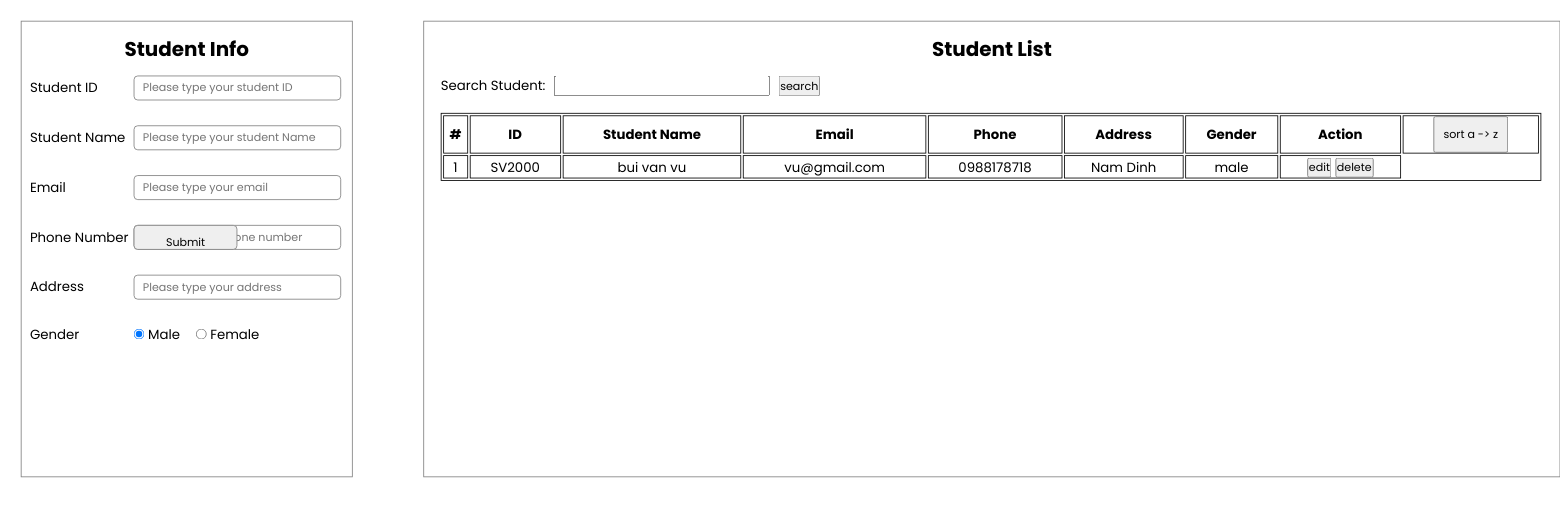
Repository: sSoRaK/ex-session15-dom-event
Page: ex-dom-event/student-management.html
An editor plug-in stored every save of this project. The page is shown before and after the next save, followed by the edit.
The browser window is 1280 px wide. The page is 1880 px wide, so the pictures cover 1880 px, including what lies to the right of the window. The pictures show the whole page, at 83% of full size.

Above is the page before, as saved 2023-06-24 20:26:12.

### ex-dom-event/student-management.html
<!DOCTYPE html>
<html lang="en">
  <head>
    <meta charset="UTF-8" />
    <meta name="viewport" content="width=device-width, initial-scale=1.0" />
    <title>Student Management</title>
    <link rel="preconnect" href="https://fonts.googleapis.com" />
    <link rel="preconnect" href="https://fonts.gstatic.com" crossorigin />
    <link
      href="https://fonts.googleapis.com/css2?family=Poppins:ital,wght@0,100;0,200;0,300;0,400;0,500;0,600;0,700;0,800;0,900;1,100;1,200;1,300;1,400;1,500;1,600;1,700;1,800;1,900&display=swap"
      rel="stylesheet"
    />
    <link rel="stylesheet" href="./style/style.css" />
  </head>
  <body>
    <div class="left-side">
      <h2>Student Info</h2>
      <form action="#" class="form-student">
        <label for="student-id" id="label-id">Student ID</label>
        <input
          type="text"
          name="student-name"
          id="student-id"
          placeholder="Please type your student ID"
        />
        <div class="error error-row1"></div>
        <label for="student-name" id="label-name">Student Name</label>
        <input
          type="text"
          name="student-name"
          id="student-name"
          placeholder="Please type your student Name"
        />
        <div class="error error-row2"></div>
        <label for="student-email" id="label-email">Email</label>
        <input
          type="email"
          name="student-email"
          id="student-email"
          placeholder="Please type your email"
        />
        <div class="error error-row3"></div>
        <label for="student-phone_number" id="label-phone_number"
          >Phone Number</label
        >
        <input
          type="number"
          name="student-phone_number"
          id="student-phone_number"
          placeholder="Please type a phone number"
        />
        <div class="error error-row4"></div>
        <label for="student-address" id="label-address">Address</label>
        <input
          type="text"
          name="student-address"
          id="student-address"
          placeholder="Please type your address"
        />
        <div class="error error-row5"></div>
        <span class="gender">Gender</span>
        <div class="gender-wrapper">
          <input type="radio" name="gender" id="male" checked />
          <label for="male">Male</label>
          <input type="radio" name="gender" id="female" />
          <label for="female">Female</label>
        </div>
        <input type="submit" value="Submit" class="btn-submit" />
      </form>
    </div>
    <div class="right-side">
      <h2>Student List</h2>
      <form action="#" class="searching-bar">
        <span>Search Student:</span>
        <input
          type="text"
          name="search-student_name"
          id="search-student_name"
        />
        <button class="btn-search">search</button>
      </form>
      <table class="table-student">
        <thead>
          <tr>
            <th>#</th>
            <th>ID</th>
            <th>Student Name</th>
            <th>Email</th>
            <th>Phone</th>
            <th>Address</th>
            <th>Gender</th>
            <th>Action</th>
            <th>
              <button class="btn-sort">sort a -> z</button>
            </th>
          </tr>
        </thead>
        <tbody id="student-info"></tbody>
      </table>
    </div>
    <script src="./app/app.js"></script>
  </body>
</html>

### ex-dom-event/style/style.css
* {
  padding: 0;
  margin: 0;
  box-sizing: border-box;
  font-family: "Poppins", sans-serif;
}
body {
  display: grid;
  grid-template-columns: repeat(4, 400px);
  grid-template-rows: repeat(1, 550px);
  gap: 85px;
  margin: 25px;
}
/* left side student info */
.left-side {
  border: 1px solid gray;
  grid-column: 1/2;
}
.left-side h2,
.right-side h2 {
  text-align: center;
  margin: 15px 0;
}
.form-student {
  margin: 0 10px;
  display: grid;
  grid-template-columns: repeat(3, 125px);
  grid-template-rows: repeat(13, 30px);
  /* row-gap: 30px; */
}
.form-student input {
  border: 0.5px solid gray;
  border-radius: 5px;
}
#label-id {
  grid-column: 1/2;
  grid-row: 1/2;
  line-height: 30px;
}
#student-id {
  grid-column: 2/4;
  grid-row: 1/2;
  padding-left: 10px;
}
.error-row1{
  grid-column: 2/4;
  grid-row: 2/3;
}
#label-name {
  grid-column: 1/2;
  grid-row: 3/4;
  line-height: 30px;
}
#student-name {
  grid-column: 2/4;
  grid-row: 3/4;
  padding-left: 10px;
}
.error-row2{
  grid-column: 2/4;
  grid-row: 4/5;
}
#label-email {
  grid-column: 1/2;
  grid-row: 5/6;
  line-height: 30px;
}
#student-email {
  grid-column: 2/4;
  grid-row: 5/6;
  padding-left: 10px;
}
.error-row3{
  grid-column: 2/4;
  grid-row: 6/7;
}
#label-phone_number {
  grid-column: 1/2;
  grid-row: 7/8;
  line-height: 30px;
}
input::-webkit-outer-spin-button,
input::-webkit-inner-spin-button {
  -webkit-appearance: none;
  margin: 0;
}
#student-phone_number {
  grid-column: 2/4;
  grid-row: 7/8;
  padding-left: 10px;
}
.error-row4{
  grid-column: 2/4;
  grid-row: 8/9;
}
#label-address {
  grid-column: 1/2;
  grid-row: 9/10;
  line-height: 30px;
}
#student-address {
  grid-column: 2/4;
  grid-row: 9/10;
  padding-left: 10px;
}
.error-row5{
  grid-column: 2/4;
  grid-row: 10/11;
}
.gender {
  grid-column: 1/2;
  grid-row: 11/12;
}
.gender-wrapper {
  grid-column: 2/4;
  grid-row: 11/12;
}
.gender-wrapper label[for="male"] {
  margin-right: 15px;
}
.btn-submit {
  grid-column: 2/3;
  grid-row: 7/8;
  padding: 10px 0;
}

/* right side student list */
.right-side {
  border: 1px solid gray;
  grid-column: 2/5;
}
.right-side .searching-bar {
  margin-left: 20px;
  display: flex;
  gap: 10px;
}
.table-student,
th,
tr,
td {
  border: 1px solid;
  /* border-collapse: collapse; */
  margin: 20px;
  width: calc(100% - 42px);
}
.btn-sort {
  padding: 10px;
}

#student-info tr td {
  text-align: center;
}
.error {
  visibility: hidden;
}
.error-row1 {
  grid-row: 2;
}
.display-error {
  color: red;
  visibility: visible;
}
.btn-edit,
.btn-delete,
.btn-submit,
.btn-sort,
.btn-search {
  cursor: pointer;
}

### ex-dom-event/app/app.js
// tạo 1 mảng rỗng 2 chiều với phần tử là 1 mảng chứa các thông tin tương ứng của mỗi sinh viên
let studentList = [
  ["SV2000", "bui van vu", "vu@gmail.com", "0988178718", "Nam Dinh", "male"],
];
let action = "create";
// Lấy dữ liệu từ form -> table: Read
function renderData() {
  // truy cập đến tbody
  let tbody = document.getElementById("student-info");
  // đặt giá trị ban đầu tbody = "", để tránh dữ liệu cũ còn tồn tại
  tbody.innerHTML = "";
  for (let i = 0; i < studentList.length; i++) {
    // truyền vào tbody dưới dạng String Template
    tbody.innerHTML += `<tr>
                          <td>${i + 1}</td>
                          <td>${studentList[i][0]}</td>
                          <td>${studentList[i][1]}</td>
                          <td>${studentList[i][2]}</td>
                          <td>${studentList[i][3]}</td>
                          <td>${studentList[i][4]}</td>
                          <td>${studentList[i][5]}</td>
                          <td>
                              <button onclick="editData('${
                                studentList[i][0]
                              }')" class="btn-edit">edit</button>
                              <button onclick="deleteData('${
                                studentList[i][1]
                              }')" class="btn-delete">delete</button>
                          </td>
                    </tr>`;
  }
}
// Khi trình duyệt load thì sẽ load dữ liệu student và hiển thị trên table
document.onload = renderData();

// query element (create gol)
const studentId = document.querySelector("#student-id");
const studentName = document.querySelector("#student-name");
const studentEmail = document.querySelector("#student-email");
const studentPhoneNumber = document.querySelector("#student-phone_number");
const studentAddress = document.querySelector("#student-address");
const studentGender = document.querySelector("input[name='gender']:checked");

const errorElement = document.querySelectorAll(".error");

const btnSubmit = document.querySelector(".btn-submit");

// Validate: xác thực khi thêm create hoặc update
// function check validate each <input>
function validateForm() {
  // Lấy dữ liệu từ Form và Thực hiện validate từng input, nếu thỏa -> true, không thỏa -> báo lỗi (false)
  let idValidate = false;
  let nameValidate = false;
  let emailValidate = false;
  let phoneValidate = false;
  let addressValidate = false;
  let emailPattern = /^\w+([\.-]?\w+)*@\w+([\.-]?\w+)*(\.\w{2,3})+$/; // regex pattern: mẫu quy định
  let phonePattern = /(84|0[3|5|7|8|9])+([0-9]{8})\b/g;
  // check validate studentId
  if (studentId.value.length == 0) {
    errorElement[0].textContent = "* Please type your ID";
    errorElement[0].classList.add("display-error");
  } else if (studentId.value.length < 6 || studentId.value.length > 20) {
    errorElement[0].textContent = "* Your ID must be 6 - 20 characters";
    errorElement[0].classList.add("display-error");
  } else {
    errorElement[0].classList.remove("display-error");
    idValidate = true;
  }

  // check validate studentName
  if (studentName.value == "") {
    errorElement[1].textContent = "* Please type your name";
    errorElement[1].classList.add("display-error");
  } else {
    errorElement[1].classList.remove("display-error");
    nameValidate = true;
  }

  // check validate studentEmail
  if (studentEmail.value.length == "") {
    errorElement[2].textContent = "* Please type your email";
    errorElement[2].classList.add("display-error");
  } else if (!studentEmail.value.match(emailPattern)) {
    errorElement[2].textContent = "* You have entered email invalid";
    errorElement[2].classList.add("display-error");
  } else {
    errorElement[2].classList.remove("display-error");
    emailValidate = true;
  }

  // check validate studentPhoneNumber
  if (studentPhoneNumber.value.length == "") {
    errorElement[3].textContent = "* Please type your phone number";
    errorElement[3].classList.add("display-error");
  } else if (!studentPhoneNumber.value.match(phonePattern)) {
    errorElement[3].textContent = "* You have entered phone number invalid";
    errorElement[3].classList.add("display-error");
  } else {
    errorElement[3].classList.remove("display-error");
    phoneValidate = true;
  }

  // check validate studentAddress
  if (studentAddress.value.length == "") {
    errorElement[4].textContent = "* Please type your address";
    errorElement[4].classList.add("display-error");
  } else {
    errorElement[4].classList.remove("display-error");
    addressValidate = true;
  }

  // check validate each input as True or False
  if (
    idValidate &&
    nameValidate &&
    emailValidate &&
    phoneValidate &&
    addressValidate
  ) {
    return true;
  }
  return false;
}

// Lấy dữ liệu từ Form sau khi submit, tạo table và insert studentList
// create new student from FORM and take to value studentList, insert to table
function createData() {
  // tạo mảng gồm các thông tin của học sinh - create array have element as student info
  const newStudent = [
    studentId.value,
    studentName.value,
    studentEmail.value,
    studentPhoneNumber.value,
    studentAddress.value,
    studentGender.value,
  ];
  studentList.push(newStudent);
  renderData();
  resetForm(); // clear form after submit
}

// reset form after submit or update, create newStudent to table
function resetForm() {
  studentId.value = "";
  studentName.value = "";
  studentEmail.value = "";
  studentPhoneNumber.value = "";
  studentAddress.value = "";
  document.getElementById("male").checked = true;
}

// create event for btn-submit
// event : e
btnSubmit.addEventListener("click", (e) => {
  e.preventDefault(); // after click button submit, prevent "FORM" re-load
  const checkValidForm = validateForm();
  if (checkValidForm) {
    if (action == "create") {
      // push dữ liệu vào table
      createData();
    } else {
      // Thực hiện update sinh viên
      updateFormStudent();
    }
  }
});
// lấy thông tin học sinh thông qua studentID
// 1. Duyệt qua studentList để lấy studentID
function getStudentId(studentId) {
  for (let index = 0; index < studentList.length; index++) {
    if (studentId == studentList[index][0]) return index;
  }
  return -1;
}
// 2.
function editData(studentID) {
  // 1. lấy chỉ số sinh viên trong mảng
  let index = getStudentId(studentID);
  if (index >= 0) {
    // 2. fill thông tin sinh viên qua form
    studentId.value = studentList[index][0];
    studentName.value = studentList[index][1];
    studentEmail.value = studentList[index][2];
    studentPhoneNumber.value = studentList[index][3];
    studentAddress.value = studentList[index][4];
    if (studentList[index][5] == "male") {
      document.getElementById("male").checked = true;
    } else {
      document.getElementById("female").checked = true;
    }
    // sau khi edit, thay giá trị action
    action = "edit";
    studentId.readOnly = true;
    studentId.style.outline = "none";
    studentId.style.cursor = "unset";
    studentId.style.caretColor = "transparent";
  }
}
// Update
function updateFormStudent() {
  const studentUpdate = [
    studentId.value,
    studentName.value,
    studentEmail.value,
    studentPhoneNumber.value,
    studentAddress.value,
    studentGender.value,
  ];

  //find Index dua ma code cua sinh vien
  const indexStudent = getStudentId(studentId.value);

  studentList[indexStudent] = studentUpdate;
  renderData();
  action = "create";
  resetForm();
  studentId.readOnly = false;
  studentId.style.cursor = "text";
  studentId.style.caretColor = "black";
}

function deleteData(studentID) {
  let isCheckRemove = confirm("Bạn có muốn xóa hay không?");
  if (isCheckRemove) {
    const indexDeleteStudent = getStudentId(studentID);
    studentList.splice(indexDeleteStudent, 1);
    renderData();
  }
}

After the next save:
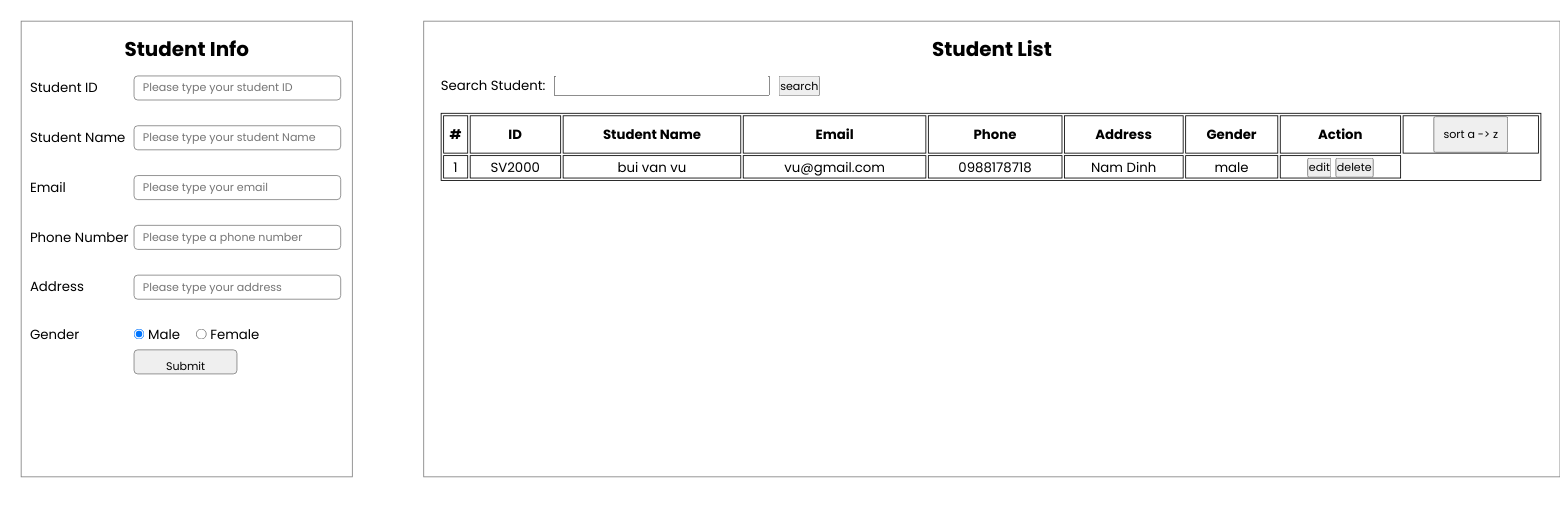
Saved 8 s later.
--- a/ex-dom-event/style/style.css
+++ b/ex-dom-event/style/style.css
@@ -120,7 +120,7 @@ input::-webkit-inner-spin-button {
 }
 .btn-submit {
   grid-column: 2/3;
-  grid-row: 7/8;
+  grid-row: 12/13;
   padding: 10px 0;
 }
 
